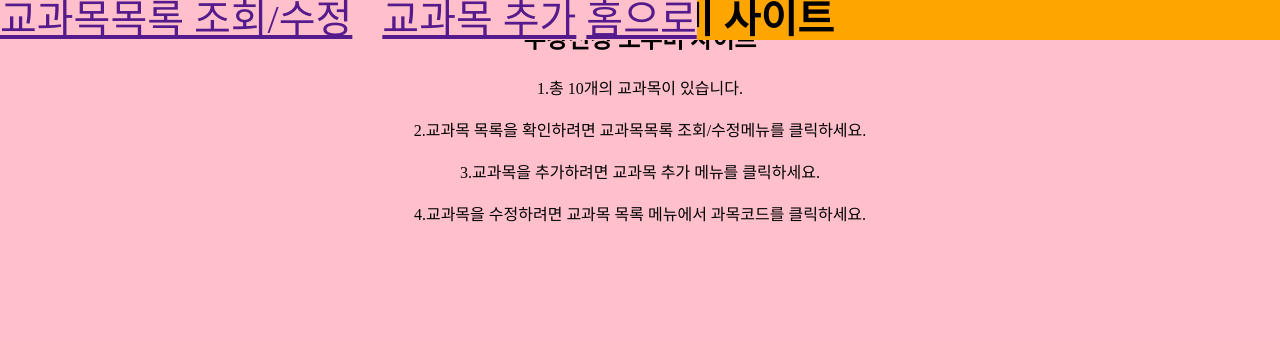
Repository: minjun223/EIP_Study
Page: http://localhost/HRD_2201/
The author's editor kept a copy of each file at every save. The page is drawn from the files as they stood at one save, then again after the next save.
The browser window is 1280 px wide. The pictures show the whole page.
The page is served by Tomcat 9. Other server files are loaded and not shown.

Above is the page before, as saved 2023-02-11 11:12:49.

### 수강신청/HRD_2201/src/main/webapp/index.jsp
<%@ page language="java" contentType="text/html; charset=UTF-8"
    pageEncoding="UTF-8"%>
<!DOCTYPE html>
<html>
<head>
<meta charset="UTF-8">
<title>Insert title here</title>
</head>
<body>
<jsp:include page="header.jsp"></jsp:include>
<section style="position:fixed; top:0px; left:0px; text-align:center; width:100%; height:100%; background-color:pink">
<h2 style="text-align:center">수강신청 도우미 사이트</h2>
1.총 10개의 교과목이 있습니다.<br><br>
2.교과목 목록을 확인하려면 교과목목록 조회/수정메뉴를 클릭하세요.<br><br>
3.교과목을 추가하려면 교과목 추가 메뉴를 클릭하세요.<br><br>
4.교과목을 수정하려면 교과목 목록 메뉴에서 과목코드를 클릭하세요.<br><br>
</section>
<jsp:include page="header.jsp"></jsp:include>
</body>
</html>

### 수강신청/HRD_2201/src/main/webapp/header.jsp
<%@ page language="java" contentType="text/html; charset=UTF-8"
    pageEncoding="UTF-8"%>
<!DOCTYPE html>
<html>
<head>
<meta charset="UTF-8">
<title>Insert title here</title>
</head>
<body>
<header style="position:fixed; top:0px; height:40px; line-height:40px; left:0px; width:100%; background-color:orange; text-align:center; font-size:40px">
<b>수강신청 도우미 사이트</b>
<nav style="position:fixed; top:0px; height:40px; line-heignt:20px; left:0px; pedding-left:20px; background-color:pink">
	<a href="">교과목목록 조회/수정</a>&nbsp;&nbsp;
	<a href="">교과목 추가</a>
	<a href="">홈으로</a>
</nav>
</header>
</body>
</html>

After the next save:
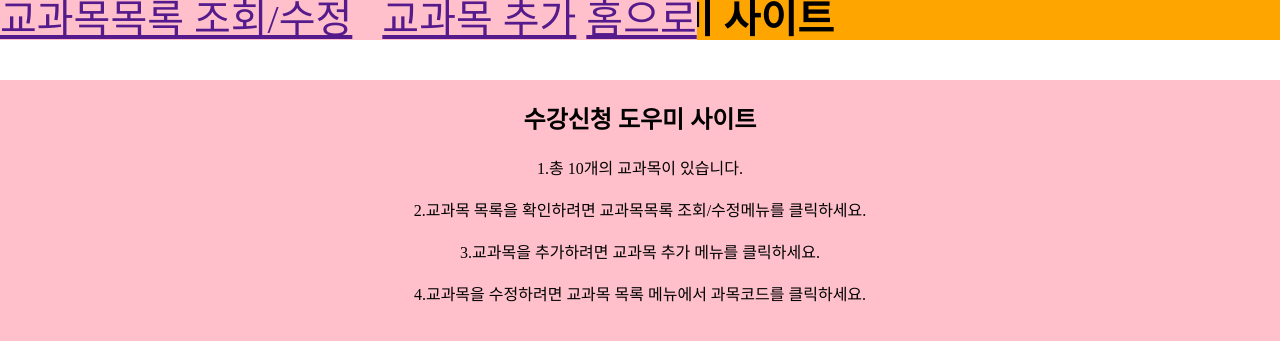
Saved 41 s later.
--- a/수강신청/HRD_2201/src/main/webapp/index.jsp
+++ b/수강신청/HRD_2201/src/main/webapp/index.jsp
@@ -8,7 +8,7 @@
 </head>
 <body>
 <jsp:include page="header.jsp"></jsp:include>
-<section style="position:fixed; top:0px; left:0px; text-align:center; width:100%; height:100%; background-color:pink">
+<section style="position:fixed; top:80px; left:0px; text-align:center; width:100%; height:100%; background-color:pink">
 <h2 style="text-align:center">수강신청 도우미 사이트</h2>
 1.총 10개의 교과목이 있습니다.<br><br>
 2.교과목 목록을 확인하려면 교과목목록 조회/수정메뉴를 클릭하세요.<br><br>
